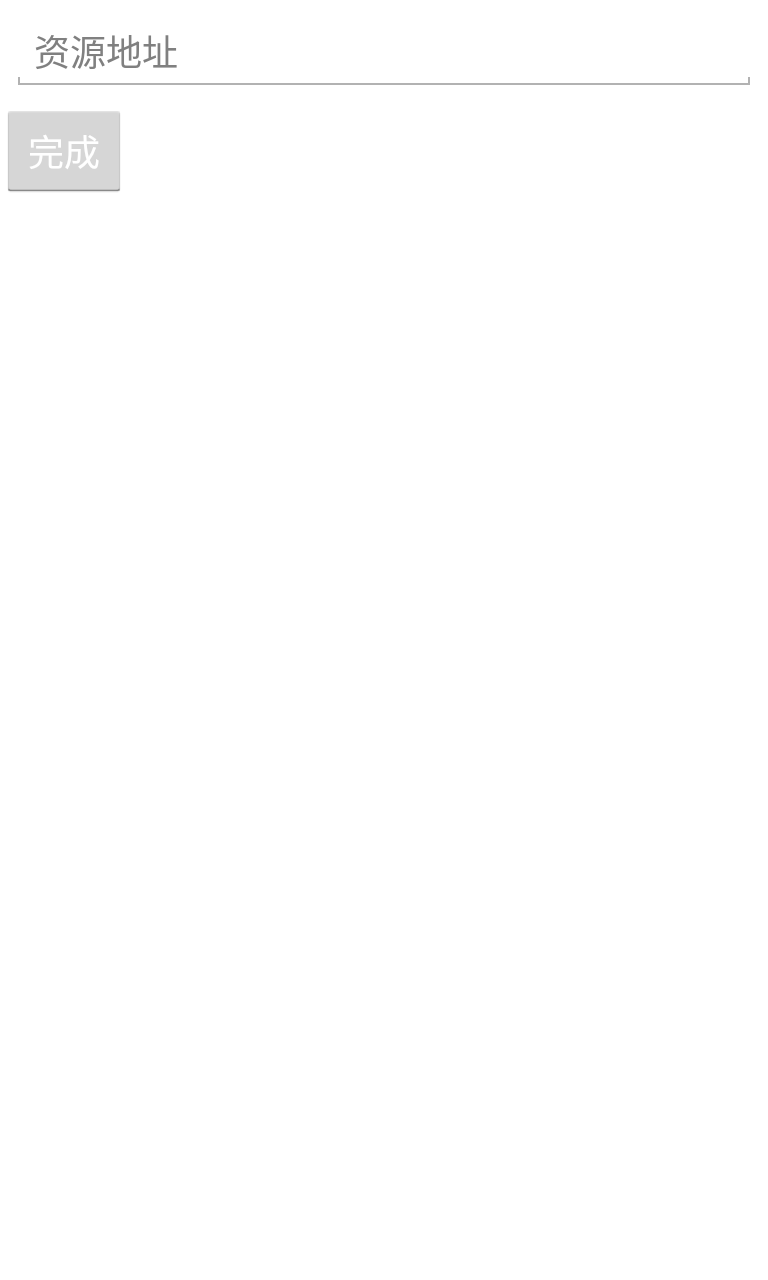
Repository: taiyang0725/Android
Layout: TestViewPage/res/layout/net_pic.xml
These files come from the project's save history. The layout is drawn as it stood at one moment and after the next save; the edit follows.
It is drawn on a 768 x 1280 px phone screen (xhdpi) without system bars, with theme AppTheme; the app's code is not run.

Above is the layout before, as saved 2015-05-14 09:02:11.

After the next save:
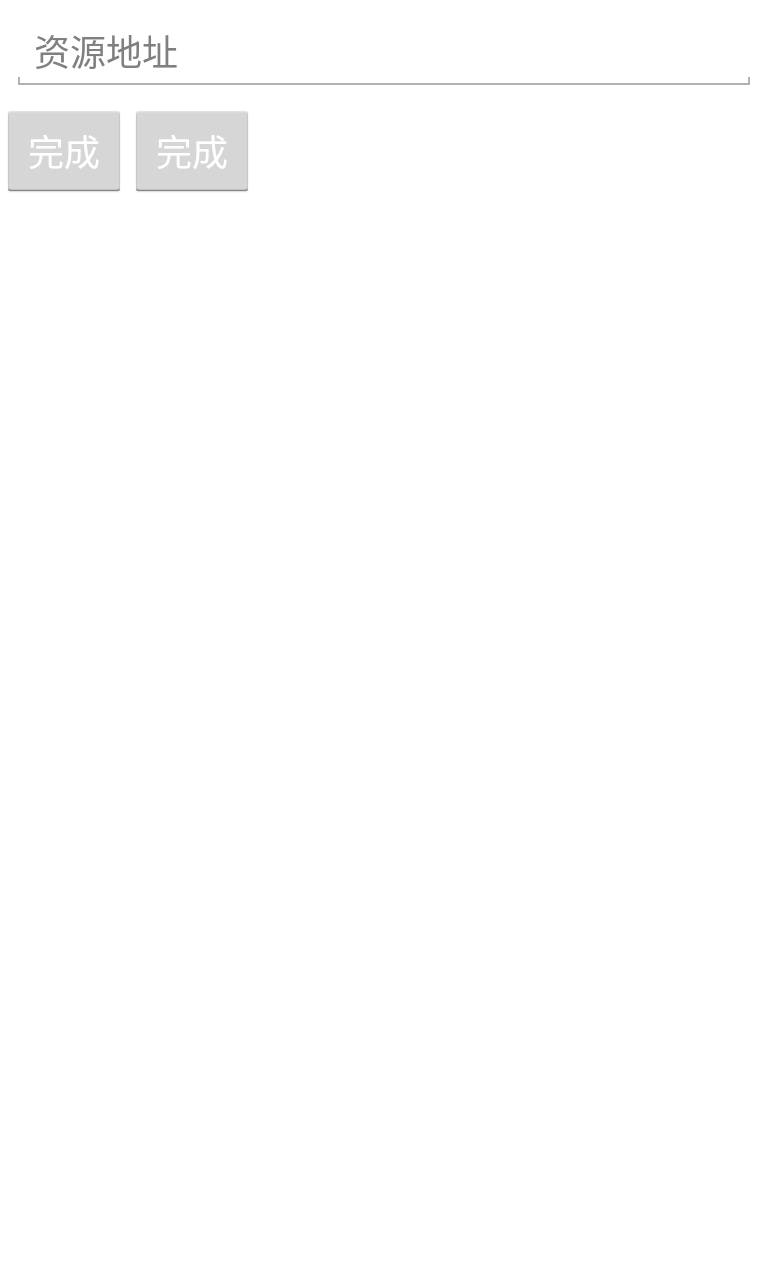
Saved 15 s later.
--- a/TestViewPage/res/layout/net_pic.xml
+++ b/TestViewPage/res/layout/net_pic.xml
@@ -25,6 +25,12 @@
             android:layout_height="wrap_content"
             android:text="完成"
             android:textColor="#FFFFFF" />
+        <Button
+            android:id="@+id/btn_net_cancal"
+            android:layout_width="wrap_content"
+            android:layout_height="wrap_content"
+            android:text="完成"
+            android:textColor="#FFFFFF" />
 </LinearLayout>
         <ProgressBar
             android:id="@+id/progressBar1"
